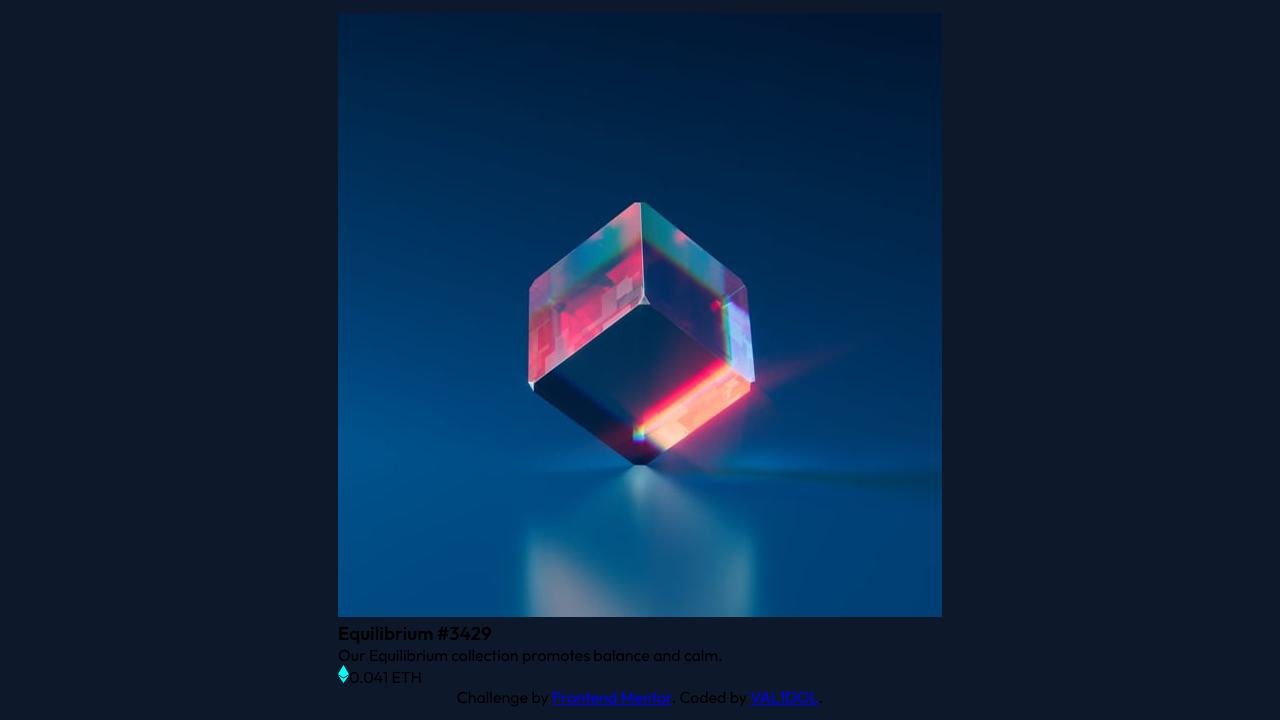
Repository: VAL1DOL-web/fm-NFT-preview-card-component
Page: index.html
An editor plug-in stored every save of this project. The page is shown before and after the next save, followed by the edit.
The browser window is 1280 px wide. The pictures show the whole page.

Above is the page before, as saved 2024-01-07 15:28:23.

### index.html
<!DOCTYPE html>
<html lang="en">
<head>
  <meta charset="UTF-8">
  <meta name="viewport" content="width=device-width, initial-scale=1.0"> <!-- displays site properly based on user's device -->

  <link rel="icon" type="image/png" sizes="32x32" href="./images/favicon-32x32.png">
  <link rel="stylesheet" href="style.css">

  <title>NFT preview card component</title>

</head>
<body>
  <div class="card">
    <div class="image">
      <img src="images/image-equilibrium.jpg" alt="ETH">
    </div>
    <h3>Equilibrium #3429</h3>
    <div class="description">
      Our Equilibrium collection promotes balance and calm.
    </div>
    <div class="price-days">
      <div class="price">
        <img src="images/icon-ethereum.svg" alt="">0.041 ETH
      </div>
    </div>
  </div>
  <div class="attribution">
    Challenge by <a href="https://www.frontendmentor.io?ref=challenge" target="_blank">Frontend Mentor</a>.
    Coded by <a href="https://github.com/VAL1DOL-web">VAL1DOL</a>.
  </div>
</body>
</html>

### style.css
@import url('https://fonts.googleapis.com/css2?family=Outfit:wght@300;400;600&display=swap');

* {
    font-family: 'Outfit', sans-serif;
    margin: 0;
    padding: 0;
    box-sizing: border-box;
  }

body {
    width: 100%;
    min-height: 100vh;
    display: flex;
    flex-direction: column;
    justify-content: center;
    align-items: center;
    background: hsl(217, 54%, 11%);
  }

After the next save:
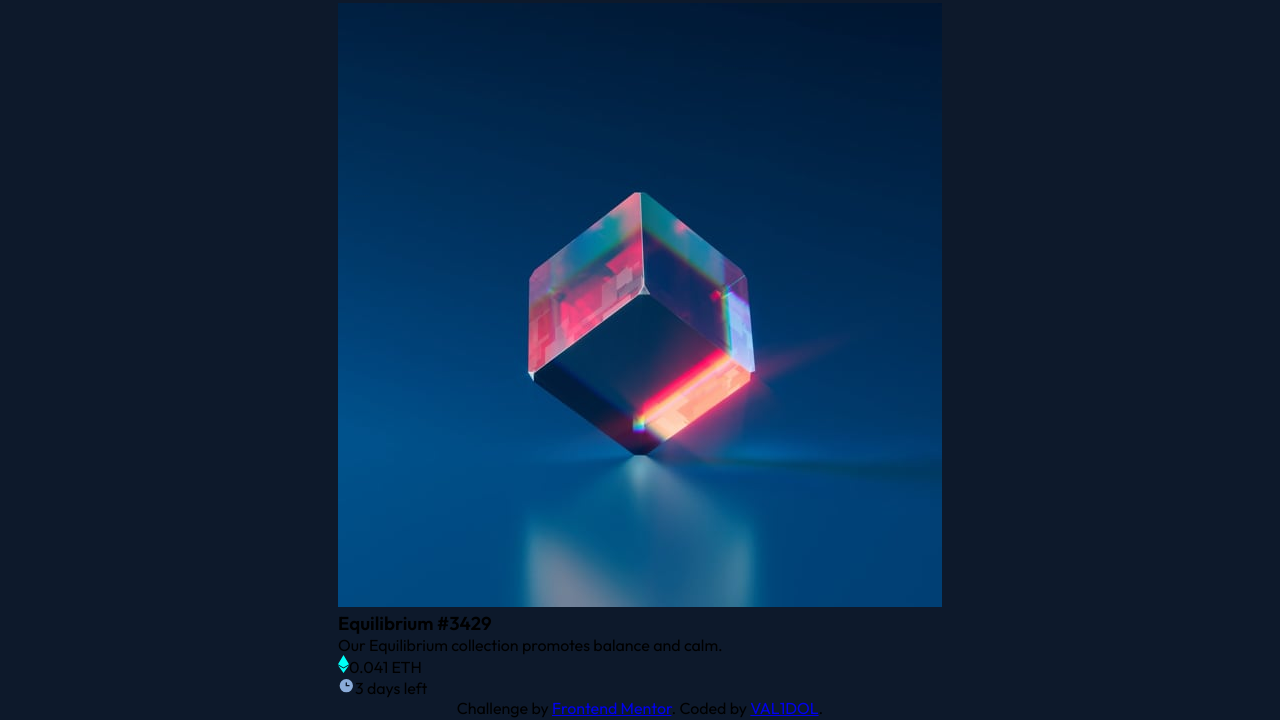
Saved 36 s later.
--- a/index.html
+++ b/index.html
@@ -23,6 +23,7 @@
       <div class="price">
         <img src="images/icon-ethereum.svg" alt="">0.041 ETH
       </div>
+      <div class="days"><img src="images/icon-clock.svg" alt="">3 days left</div>
     </div>
   </div>
   <div class="attribution">
